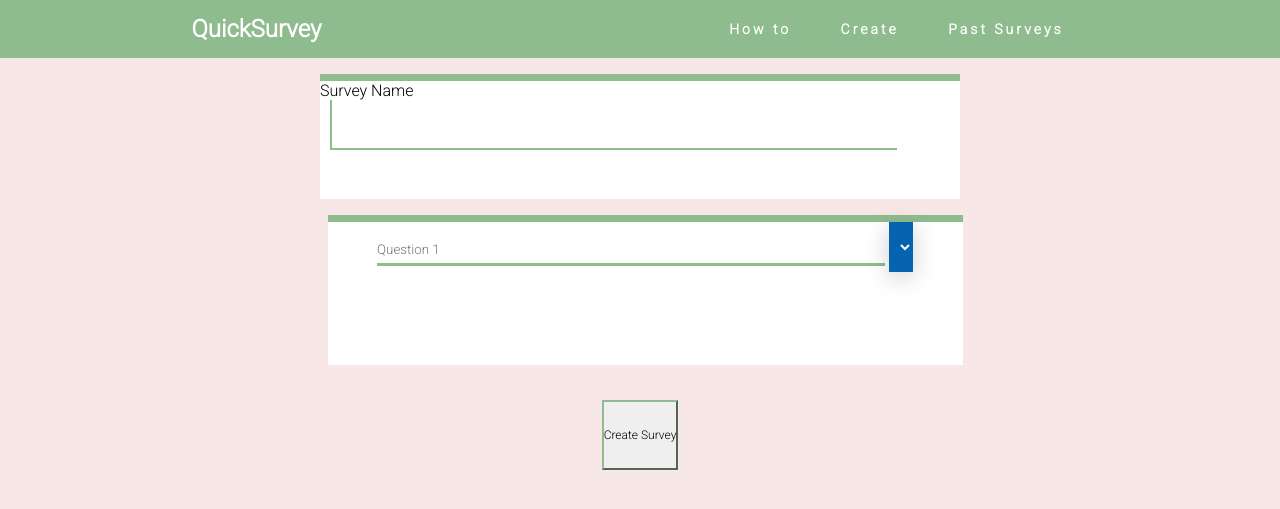
Repository: cakuang1/QuickSurvey
Page: create.html
These files come from the project's save history. The page is drawn as it stood at one moment and after the next save; the edit follows.
The browser window is 1280 px wide. The pictures show the whole page.
Some web libraries are served in a nearby version.

Above is the page before, as saved 2022-01-08 23:10:30.

### create.html
<!DOCTYPE html>
<html>
<head>
    <title>QuickSurvey</title>
    <link href="https://fonts.googleapis.com/css2?family=Roboto:wght@300&display=swap" rel="stylesheet">
    <meta charset="UTF-8">
    <link rel="stylesheet" href="style.css">

    <script src="https://kit.fontawesome.com/71865f0e2e.js" crossorigin="anonymous"></script>


</head>

<body>
        <nav class="navbar">
            <div class = 'heading'>
                <h2 id = "logo">QuickSurvey</h2>
            </div>
            <ul class="nav-menu">
                <li><a href="index.html" >How to</a></li>
                <li><a href="create.html">Create</a></li>
                <li><a href="pastsurveys.html">Past Surveys</a></li>
            </ul>
        </nav>

    </div>
    <div class="namecontainer">
        <label>Survey Name </label>
        <form ><input type="text" id = "testing"Survey name="Name"></form>

    </div>
    <form action="">
        <div class = "formdiv">
            <input type="text" class="inps" placeholder="Question 1">
            <select name="" class="selectors">
                <option value="TF">True or False</option>
                <option value="SR">Short Response</option>


            </select>
        </div>
    </form>
    <div align = "center">
    <button class = "adds">  Add    </button><br>
    <button class = "creates">Create Survey</button>
    </div>
</body>
<script src="app.js"></script>
</html>

### style.css
* {
    box-sizing: border-box;
    margin: 0;
    padding: 0;
    font-family: 'Roboto', sans-serif;
}
body{
    background-color: #f7e7e7;


}
nav {
    display: flex;
    justify-content: space-around;
    align-items: center;
    min-height: 8vh;
    background-color: darkseagreen;
}

.nav-menu {
    display: flex;
    justify-content: space-around;
    width: 30%;
}


.creates {
    text-align: center;
    max-width: 140px;
    height:70px;

    padding: 0;
    border-color: darkseagreen;
    color: #000;
    font-size: 12px;
}
.nav-menu li {
    list-style: none;
}
.nav-menu a{
    color:white;
    text-decoration: none;
    letter-spacing: 3px;
    font-weight: bold;
    font-size: 14px;
    padding: 14px 16px;

}
.nav-menu li a:hover:not(.active){
    background-color: lightseagreen;
}
.nav-ment li a.active {
    background-color: darkseagreen;
}



.namecontainer {
    background-color: white;
    width: 50%;
    margin: auto;
    margin-bottom: 1em;
    margin-top: 1em;
    border-top: 7px solid darkseagreen;
    height: 125px;

}

.namecontainer:active {
    background-color: red;
}

.namecontainer input {
    width: 90%;
    height: 50px;
    background: transparent;
    border-top: none;
    border-right: none;
    border-left: 2px solid darkseagreen;
    border-bottom: 2px solid darkseagreen;
    font-size: 35px;
    outline: none;
    padding-top: 20px;
    display: inline-block
}
.adds {
    border: none;
}

h1 {
    text-indent: 10px;
    color:  darkseagreen;
}

form {
    padding-left: 10px;
}
.fas {
    color: gray;
    font-size: 30px;

}
.fas:hover {

    color: darkseagreen;
}

#home {
    background-color: rgb(176, 226, 176);
}

#logo {
    color: white;
}

#listcontainer {
    padding-top: 100px;
    width: fit-content;
    margin: auto;

}

ol {
    padding-top: 25px;
}

ol li {
    font-size: 50px;
    color: white;

}

.formdiv {
    background-color: white;
    width: 50%;margin: auto;margin-bottom: 1em; margin-top: 1em;border-top: 7px solid darkseagreen;
    text-align: center;
    height: 150px;
}


.formdiv .inps{
    height: 30px;
    border-bottom: solid darkseagreen;
    border-left: none;
    border-top: none;
    border-right: none;
    width: 80%;



}

.upperdiv {
    background-color: darkseagreen;
    margin: auto;
    margin-top: 80px;
    width: 60%;
    height: 50px;
    text-align: center;
    line-height: 50px;

}
.wrapper {
    background-color: darkseagreen;
    display: flex;
    flex-direction: column;
    min-height: 100px;
    width: 60%;
    margin: auto;
    margin-top: 10px;


}
.wrapper .holders {
    background-color:whitesmoke;
    margin:10px;
    height: 50px;
}

.formdiv select {
    background-color: #0563af;
    color: white;
    padding: 12px;
    width: 2px;
    border: none;
    font-size: 20px;
    box-shadow: 0 5px 25px rgba(0, 0, 0, 0.2);
    -webkit-appearance: button;
    appearance: button;
    outline: none;
  }

### app.js
//selectors
let addbutton = document.querySelector(".adds");
const list = document.querySelector("div");
const endbutton =document.querySelector(".creates");
let questionsdivs = document.querySelectorAll(".formdivs")
let array = [];

// creatinig formstruction
const formstructure = document.createElement('select');
const option1 = document.createElement('option');
const option2 = document.createElement('option');
const option3 = document.createElement('option');
option1.innerText = "True or False";
option2.innerText = "Yes or No";
option3.innerText = "Multiple choice";
formstructure.appendChild(option1);
formstructure.appendChild(option2);
formstructure.appendChild(option3);




// creating question container
let newdiv = document.createElement("div");
let linebreak = document.createElement("br");
let linebreak2 = document.createElement("br");
let newform = document.createElement("form");
let inp = document.createElement("input");
inp.setAttribute("placeholder","Question")
let fcopy = formstructure.cloneNode(true);
newdiv.appendChild(newform);
newform.appendChild(inp);
newform.appendChild(fcopy);
newdiv.appendChild(linebreak);
newdiv.appendChild(addbutton);
newdiv.appendChild(linebreak2);

newdiv.classList.add("formdiv");


addbutton.addEventListener("click",addanother);

function addanother() {
    let clone = newdiv.cloneNode(true);
    console.log(clone);
    selectedbutton.classList.add("questionsbuttons");
    document.body.appendChild(clone);
    document.body.appendChild(endbutton);
    array.push(newdiv);
    console.log(array);
}



let formselector = document.querySelectorAll('formdiv')

function emptyinput(input) {
    if (inputtxt.value.length == 0)
    {
        return true;
    }
    else {
        return false;

    }
}


endbutton.addEventListener("submit",generateform)


function generateform() {
    if (array.length == 0) {
        alert('no questions dumbo');
        return ;
    }




}

After the next save:
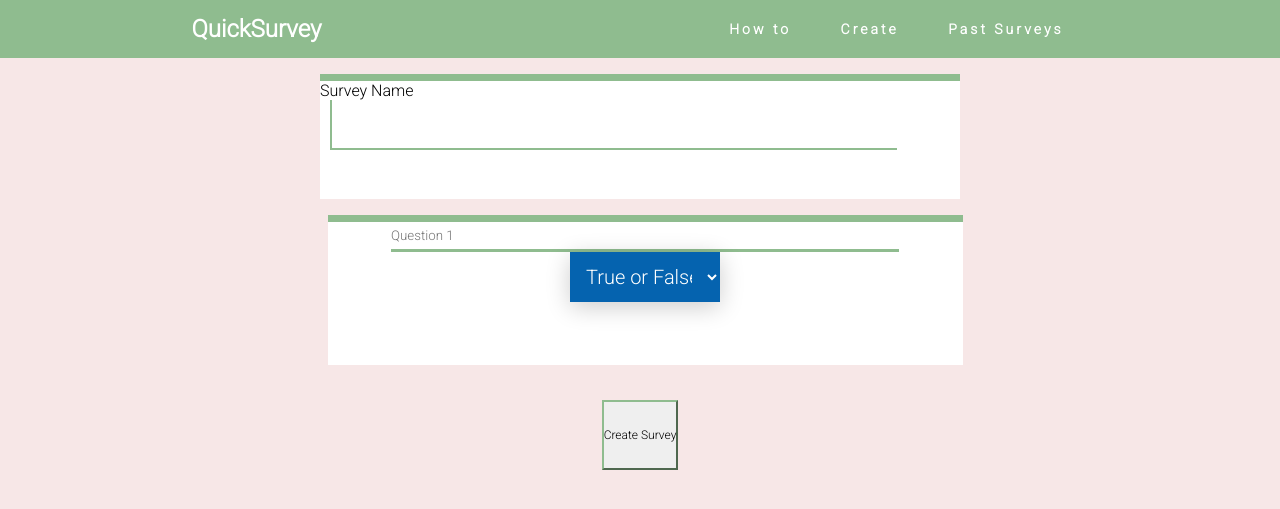
Saved 7 s later.
--- a/style.css
+++ b/style.css
@@ -181,7 +181,7 @@ ol li {
     background-color: #0563af;
     color: white;
     padding: 12px;
-    width: 2px;
+    width: 150px;
     border: none;
     font-size: 20px;
     box-shadow: 0 5px 25px rgba(0, 0, 0, 0.2);
